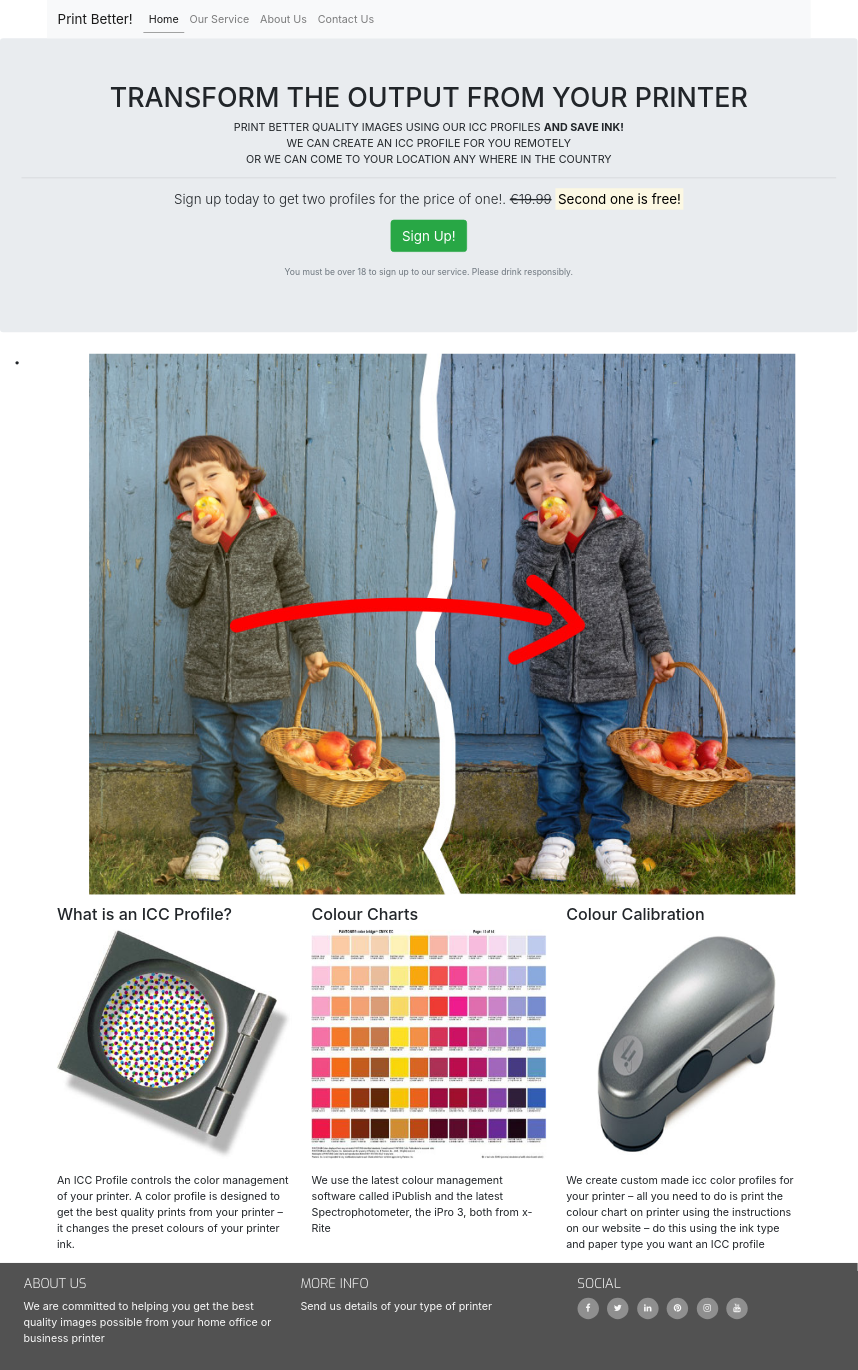
Repository: marks530/first_milestone
Page: navbar2.html
The author's editor kept a copy of each file at every save. The page is drawn from the files as they stood at one save, then again after the next save.
The browser window is 1280 px wide. The pictures show the whole page, at 67% of full size.
Some web libraries are served in a nearby version.

Above is the page before, as saved 2021-03-17 15:05:45.

### navbar2.html
<!DOCTYPE html>
<html lang="en">

<head>
    <meta charset="UTF-8">
    <meta http-equiv="X-UA-Compatible" content="IE=edge">
    <meta name="viewport" content="width=device-width, initial-scale=1.0">
    <link href="css/style.css" rel="stylesheet" type="text/css" />
    <link rel="stylesheet" href="https://maxcdn.bootstrapcdn.com/bootstrap/4.2.1/css/bootstrap.min.css" type="text/css" />
    <link rel="stylesheet" href="https://maxcdn.bootstrapcdn.com/font-awesome/4.7.0/css/font-awesome.min.css" type="text/css" />
    <link rel="stylesheet" href="https://cdnjs.cloudflare.com/ajax/libs/hover.css/2.1.1/css/hover-min.css" type="text/css" />
    <link href='https://fonts.googleapis.com/css?family=Roboto:100,200,300,400' rel='stylesheet' type='text/css'>

    <title>Navbar Test</title>

</head>

<body>
    <nav class="navbar navbar-custom navbar-expand-lg navbar-light bg-light container">
        <a class="navbar-brand" href="#">Print Better!</a>
        <button class="navbar-toggler" type="button" data-toggle="collapse" data-target="#navbarSupportedContent" aria-controls="navbarSupportedContent" aria-expanded="false" aria-label="Toggle navigation">
            <span class="navbar-toggler-icon"></span>
            </button>

        <div class="collapse navbar-collapse" id="navbarSupportedContent">
            <ul class="navbar-nav mr-auto">
                <li class="nav-item active">
                    <a class="nav-link" href="#">Home <span class="sr-only">(current)</span></a>
                </li>
                <li class="nav-item">
                    <a class="nav-link" href="#">Our Service</a>
                </li>
                <li class="nav-item">
                    <a class="nav-link" href="#">About Us</a>
                </li>
                <li class="nav-item">
                    <a class="nav-link" href="#">Contact Us</a>
                </li>
            </ul>

        </div>
    </nav>
    <section>
        <div class="jumbotron text-center">
            <h1 class="uppercase">Transform the output from your Printer</h1>
            <p class="uppercase">Print better quality images using our ICC profiles <strong>and save ink!</strong><br>We can create an ICC profile for you remotely <br>or we can come to your location any where in the country
            </p>
            <hr class="block-divider block-divider--orange">
            <p class="lead">Sign up today to get two profiles for the price of one!.
                <s class="d-none d-sm-inline">€19.99</s>
                <span class="d-inline d-sm-none"><br></span>
                <strong><mark>Second one is free!</mark></strong></p>
            <p><button class="btn btn-lg btn-success" data-toggle="modal" data-target="#signUpModal">Sign Up!</button></p>
            <p class="text-muted"><small>You must be over 18 to sign up to our service. Please drink responsibly.</small></p>
        </div>
    </section>
    <section>
        <div>
            <ul>
                <li>
                    <img src="images/before-after-profile.jpg" class="center">
                </li>

            </ul>
        </div>
    </section>

    <div class="container">
        <div class="row">
            <div class="col-sm-4">
                <h4>What is an ICC Profile?</h4>
                <img src="images/Loupe.png" class="old-new" id="reduce">
                <p class="shift">An ICC Profile controls the color management of your printer. A color profile is designed to get the best quality prints from your printer – it changes the preset colours of your printer ink.</p>

            </div>
            <div class="col-sm-4">
                <h4>Colour Charts</h4>
                <img src="images/color-chart.jpg" class="old-new" id="reduce">
                <p class="shift">We use the latest colour management software called iPublish and the latest Spectrophotometer, the iPro 3, both from x-Rite </p>

            </div>
            <div class="col-sm-4">
                <h4>Colour Calibration</h4>
                <img src="images/xRite.jpg" class="old-new" id="reduce">
                <p class="shift">We create custom made icc color profiles for your printer – all you need to do is print the colour chart on printer using the instructions on our website – do this using the ink type and paper type you want an ICC profile</p>
            </div>
        </div>
    </div>

    </section>
    <footer class="container-fluid">
        <div id="footer-details" class="row">
            <div class="col-sm-4">
                <h5 class="uppercase general-sub">About Us</h5>
                <p class="inline-block">
                    We are committed to helping you get the best quality images possible from your home office or business printer
                </p>
            </div>
            <div class="col-sm-4">
                <h5 class="uppercase general-sub">More Info</h5>
                <p class="inline-block">
                    Send us details of your type of printer
                </p>
            </div>
            <div class="col-sm-4">
                <h5 class="uppercase general-sub">Social</h5>
                <ul class="list-inline social-links">
                    <li class="list-inline-item">
                        <a target="_blank" href="#">
                            <i class="fa fa-facebook" aria-hidden="true"></i>
                            <span class="sr-only">Facebook</span>
                        </a>
                    </li>
                    <li class="list-inline-item">
                        <a target="_blank" href="#">
                            <i class="fa fa-twitter" aria-hidden="true"></i>
                            <span class="sr-only">Twitter</span>
                        </a>
                    </li>
                    <li class="list-inline-item">
                        <a target="_blank" href="#">
                            <i class="fa fa-linkedin" aria-hidden="true"></i>
                            <span class="sr-only">LinkedIn</span>
                        </a>
                    </li>
                    <li class="list-inline-item">
                        <a target="_blank" href="#">
                            <i class="fa fa-pinterest" aria-hidden="true"></i>
                            <span class="sr-only">Pinterest</span>
                        </a>
                    </li>
                    <li class="list-inline-item">
                        <a target="_blank" href="#">
                            <i class="fa fa-instagram" aria-hidden="true"></i>
                            <span class="sr-only">Instagram</span>
                        </a>
                    </li>
                    <li class="list-inline-item">
                        <a target="_blank" href="#">
                            <i class="fa fa-youtube" aria-hidden="true"></i>
                            <span class="sr-only">YouTube</span>
                        </a>
                    </li>
                </ul>
            </div>
        </div>
    </footer>
    <script src="https://cdnjs.cloudflare.com/ajax/libs/popper.js/1.12.9/umd/popper.min.js" integrity="sha384-ApNbgh9B+Y1QKtv3Rn7W3mgPxhU9K/ScQsAP7hUibX39j7fakFPskvXusvfa0b4Q" crossorigin="anonymous"></script>
    <script src="https://code.jquery.com/jquery-3.2.1.slim.min.js" integrity="sha384-KJ3o2DKtIkvYIK3UENzmM7KCkRr/rE9/Qpg6aAZGJwFDMVNA/GpGFF93hXpG5KkN" crossorigin="anonymous"></script>
    <script src="https://maxcdn.bootstrapcdn.com/bootstrap/4.0.0/js/bootstrap.min.js" integrity="sha384-JZR6Spejh4U02d8jOt6vLEHfe/JQGiRRSQQxSfFWpi1MquVdAyjUar5+76PVCmYl" crossorigin="anonymous"></script>
</body>

</html>

### css/style.css
@import url('https://fonts.googleapis.com/css?family=Roboto:100,200,300,400,500,600,700|Exo:100,200,300,400,500,600,700');
body {
    font-family: Roboto;
    color: #777777
}

h2 {
    font-family: Exo;
    text-transform: uppercase;
    letter-spacing: 14px;
    color: #555555
}

#logo {
    float: left;
    font-size: 280%;
    margin-left: 120px;
}

#menu {
    font-size: 140%;
    list-style-type: none;
    letter-spacing: 1px;
    margin-right: 120px;
}

#menu {
    line-height: 75px;
}

#menu li {
    float: right;
    margin-right: 20px;
}

#menu a {
    text-decoration: none;
    color: inherit;
}

#menu a:hover {
    border-bottom: 1px solid #777777;
}

.active {
    border-bottom: 1px solid #777777;
}

.center {
    display: block;
    margin-left: auto;
    margin-right: auto;
    width: 85%;
}

.old-new {
    max-width: 100%;
    height: auto;
    object-fit: contain;
}

#move-image-down {
    margin-top: 30px;
}

.jumbotron {
    padding-left: 20px;
    padding-right: 20px;
}


/*---------------Special paddings/margins/text */

h1,
h2,
h3,
h4 {
    margin: 0;
}

.uppercase {
    text-transform: uppercase;
}

.general-sub {
    font-family: "Exo", sans serif;
    font-weight: 300;
    color: #fafafa;
}

.shift {
    margin-top: 20px;
}


/*----------------------------------Footer */

footer {
    background-color: #525252;
    color: #fafafa;
    min-height: 120px;
    margin: 0;
}

.inline-block {
    display: inline-block;
}

.social-links {
    padding-bottom: 15px;
}

.social-links li a i {
    width: 32px;
    height: 32px;
    padding: 12px 0;
    border-radius: 50%;
    font-size: 13px;
    line-height: 7px;
    text-align: center;
    color: #fafafa;
    background: #8f8f8f;
    transition: all 0.35s ease-in-out;
    -moz-transition: all 0.35s ease-in-out;
    -webkit-transition: all 0.35s ease-in-out;
    -o-transition: all 0.35s ease-in-out;
}

.social-links li a i:hover {
    background: #e84610;
}

#footer-details {
    padding: 20px;
}

After the next save:
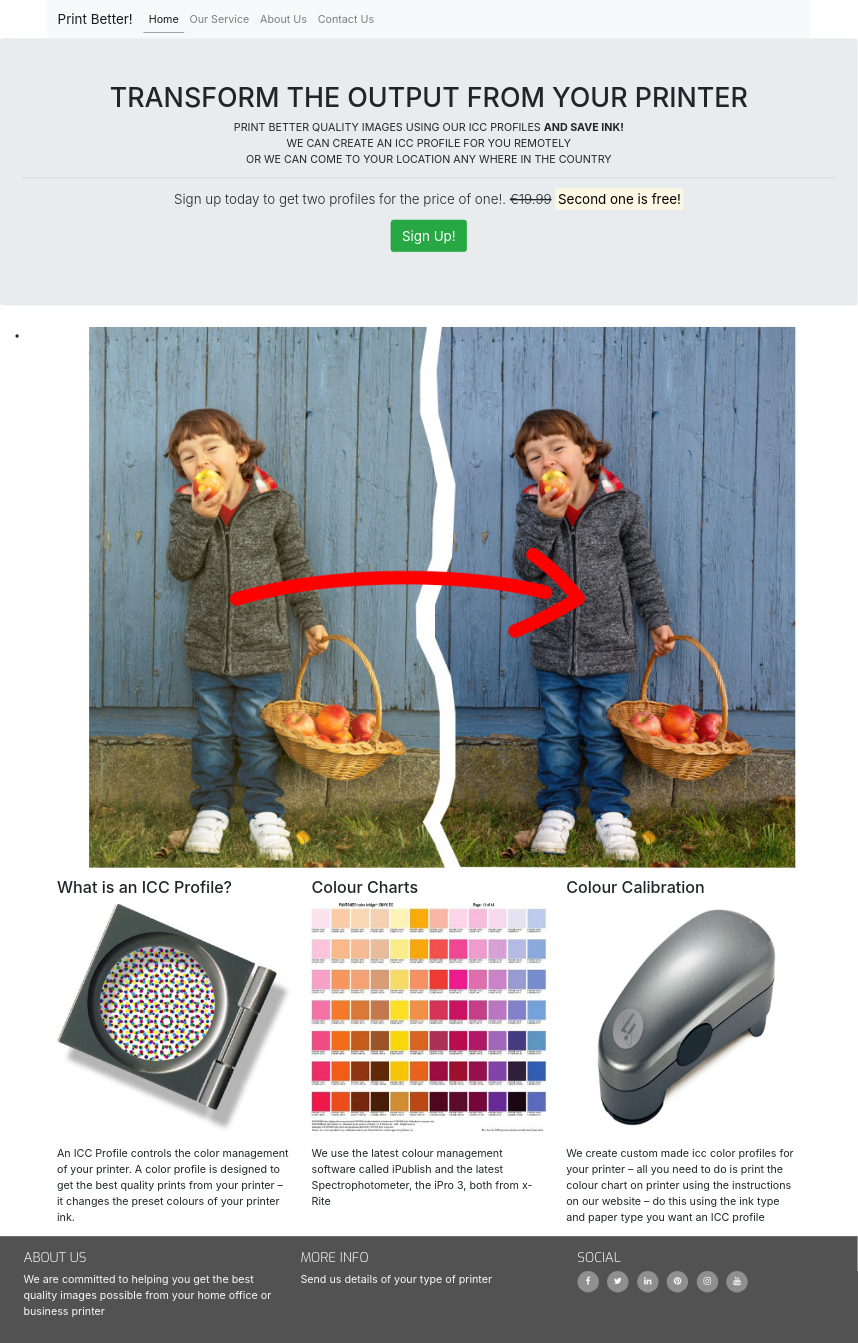
Saved 44 s later.
--- a/navbar2.html
+++ b/navbar2.html
@@ -51,7 +51,7 @@
                 <span class="d-inline d-sm-none"><br></span>
                 <strong><mark>Second one is free!</mark></strong></p>
             <p><button class="btn btn-lg btn-success" data-toggle="modal" data-target="#signUpModal">Sign Up!</button></p>
-            <p class="text-muted"><small>You must be over 18 to sign up to our service. Please drink responsibly.</small></p>
+
         </div>
     </section>
     <section>
